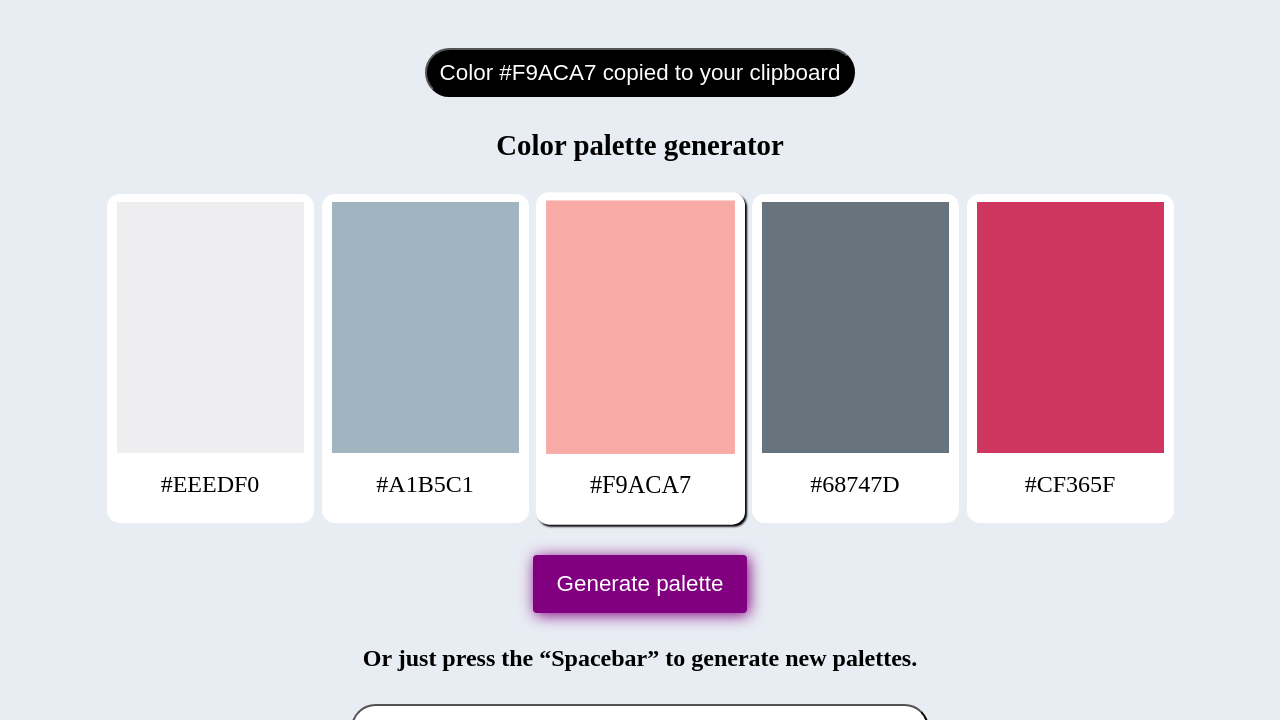
Repository: Hcmwebs/Color-Palette-Generator
Page: index.html
An editor plug-in stored every save of this project. The page is shown before and after the next save, followed by the edit.
The browser window is 1280 px wide. The pictures show the whole page.

Above is the page before, as saved 2020-07-07 12:45:02.

### index.html
<!DOCTYPE html>
<html lang="en">
<head>
    <meta charset="UTF-8">
    <meta name="viewport" content="width=device-width, initial-scale=1.0">
    <link rel="stylesheet" href="styles.css">
    <title>Color Pallete Generator</title>
</head>
<body>
    <div class="container">

        <button class="btn">Color #F9ACA7 copied to your clipboard</button>
        <h2>Color palette generator</h2>
        <div class="card">
            <div class="card__item">
                <div class="card__color card__color--lightPurpleish"></div>
                <div class="card__tag">#EEEDF0</div>
            </div>

            <div class="card__item">
                <div class="card__color card__color--lightBlueGreenish"></div>
                <div class="card__tag">#A1B5C1</div>
            </div>

            <div class="card__item card__item--active">
                <div class="card__color card__color--lightReddish"></div>
                <div class="card__tag">#F9ACA7</div>
            </div>

            <div class="card__item">
                <div class="card__color card__color--lightBluish"></div>
                <div class="card__tag">#68747D</div>
            </div>

            <div class="card__item">
                <div class="card__color card__color--reddish"></div>
                <div class="card__tag">#CF365F</div>
            </div>

        </div>
        <button class="btn btn--generate">Generate palette</button>
        <h3>Or just press the “Spacebar” to generate new palettes.</h3>
        <button class="btn btn--white">Click to copy individual color • Press “C” to copy palette</button>
    </div>
</body>
</html>

### styles.css
*{
    box-sizing: border-box;
    margin: 0;
    padding: 0;
}

body{
    font-weight: 300;
    font-size: 10px;
    display: flex;
    flex-direction: column;
    justify-content: center;
    align-items: center;
    height: 100vh;
    background-color:rgba(124, 107, 107, 0.274);
}
h2,
h3{
    font-weight: light;
    margin: 2rem ;
}
h2{
    font-size: 1.8rem;
}

h3{
    font-size: 1.5rem;
}
.container{
    width: 1400px;
    max-width: 100%;
    overflow: hidden;
    margin: auto;
    padding: 3rem 0;
    display: flex;
    flex-direction: column;
    justify-content: space-between;
    align-items: center;
    background-color:#E8ECF3;
}

.btn{
    background-color:#000;
    color:#fff;
    font-size: 1.4rem;
    border-radius: 2.5rem;
    padding: 0.6rem 0.8rem;
    cursor: pointer;
    transition: all 1s ease-in-out;
}
.btn:hover{
    transform: scale(1.01);
}
.card{
    display: grid;
    grid-template-columns: repeat(5, 1fr);
    gap: 0.5rem;
    justify-content: center;

}
.card__item{
    width: 207px;
    height: 329px;
    padding: 0.5rem 0.1rem;
    border-radius:0.8rem;
    display: flex;
    flex-direction: column;
    justify-content: space-between;
    align-items: center;
    background-color:#fff;
}
.card__item--active{
    box-shadow: 2px 2px 2px ;
    transform: scale(1.01);
}

.card__color{
    content:"";
    width: 187px ;
    height: 251px;
    padding-bottom: 1rem ;

}
.card__color--lightPurpleish{
    background-color: #EEEDF0;

}

.card__color--lightBlueGreenish{
    background-color: #A1B5C1;

}

.card__color--lightReddish{
    background-color: #F9ACA7;

}

.card__color--lightBluish{
    background-color: #68747D;

}


.card__color--reddish{
    background-color: #CF365F;

}
.card__tag{
    font-size:1.5rem;
    font-weight: 400;
    margin: auto;
}

.btn--generate{
    background-color:purple;
    color:#fff;
    border-radius:4px;
    border: none;
    margin-top: 2rem;
    padding: 1rem 1.5rem;
    cursor: pointer;
    box-shadow: 2px 2px 15px purple;
}
.btn--white{
    background-color: #fff;
    color:#000;
}
@media(max-width: 900px){
    body{
        height: auto;
    }
    .container{
        min-width: 620px;
        width: 100%;
    }
    .card{
        grid-template-columns: repeat(2, 1fr);
    }
}
@media(max-width:600px){

    .container{
        min-width: 300px;
        width: 100%;
    }
    .card{
        grid-template-columns: 1fr;
    }

}

After the next save:
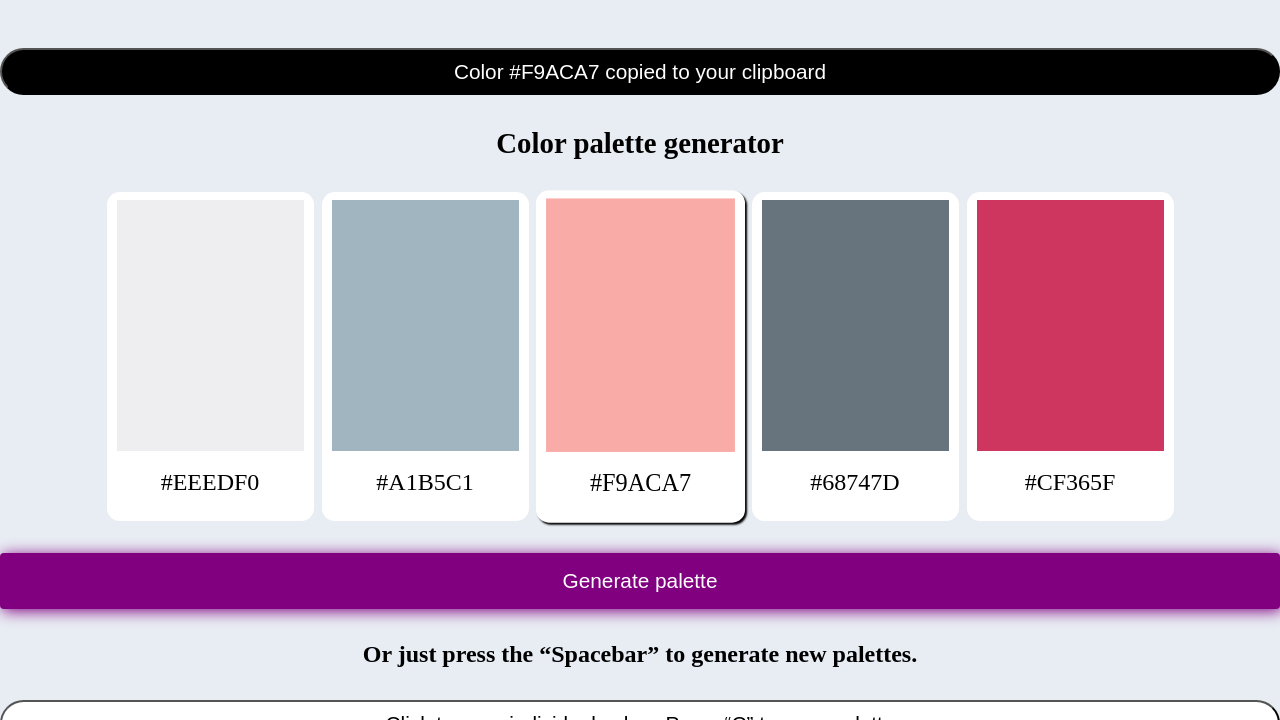
Saved 3 min 12 s later.
--- a/styles.css
+++ b/styles.css
@@ -42,7 +42,9 @@ h3{
 .btn{
     background-color:#000;
     color:#fff;
-    font-size: 1.4rem;
+    display:block;
+    width: 100%;
+    font-size: 1.3rem;
     border-radius: 2.5rem;
     padding: 0.6rem 0.8rem;
     cursor: pointer;
